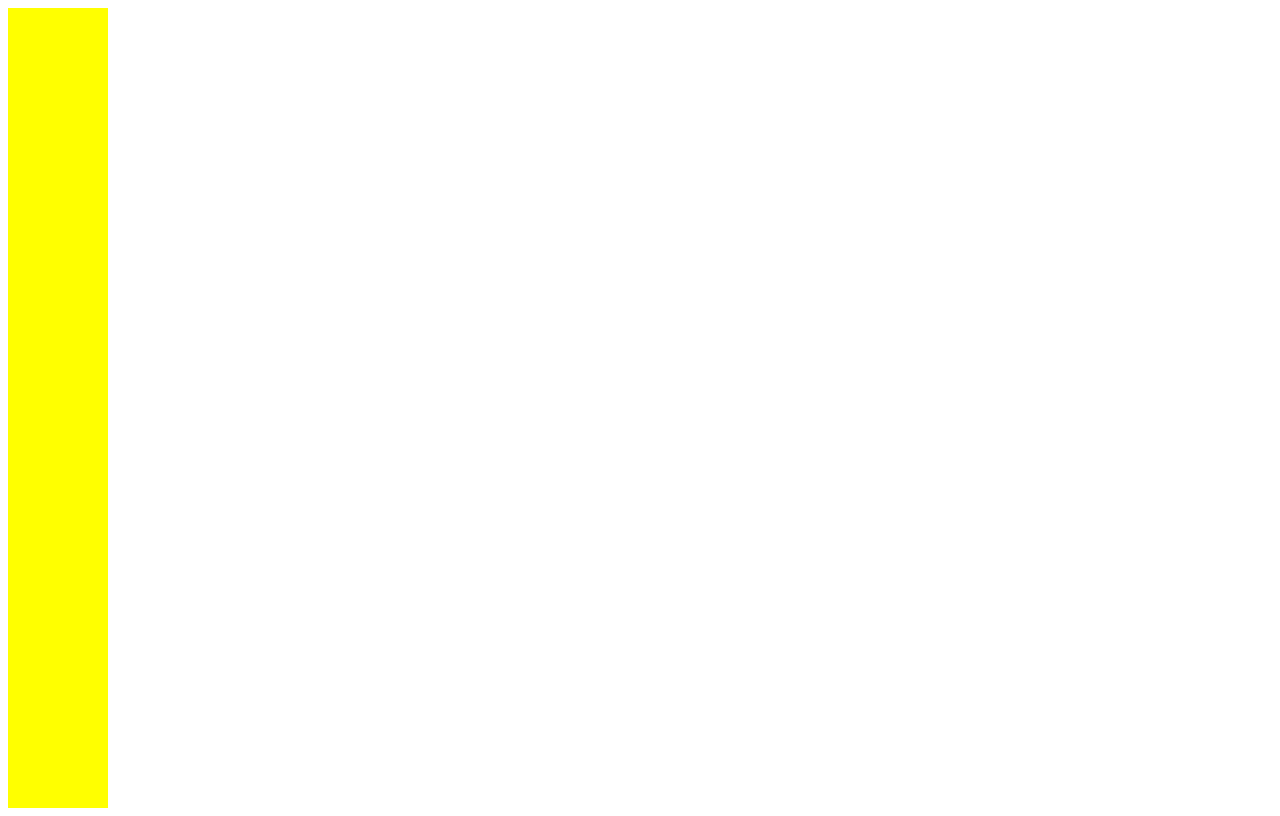
Repository: Shinhan1/shinhan
Page: http://localhost/web_goott/w20200324/w20200324_Test2.jsp
These files come from the project's save history. The page is drawn as it stood at one moment and after the next save; the edit follows.
The browser window is 1280 px wide. The pictures show the whole page.
The page is served by Tomcat 9.

Above is the page before, as saved 2020-03-24 08:12:28.

### web_goott/WebContent/w20200324/w20200324_Test2.jsp
<%@ page language="java" contentType="text/html; charset=UTF-8"
    pageEncoding="UTF-8"%>
<!DOCTYPE html>
<html>
<head>
<meta charset="UTF-8">
<title>Test2</title>
<style type="text/css">
	div{
		width: 100px;
		height: 100px;
		background-color: YELLOW;

	}
</style>
</head>
<body>
	<div></div>
	<div></div>
	<div></div>
	<div></div>
	<div></div>
	<div></div>
	<div></div>
	<div></div>

</body>
</html>

After the next save:
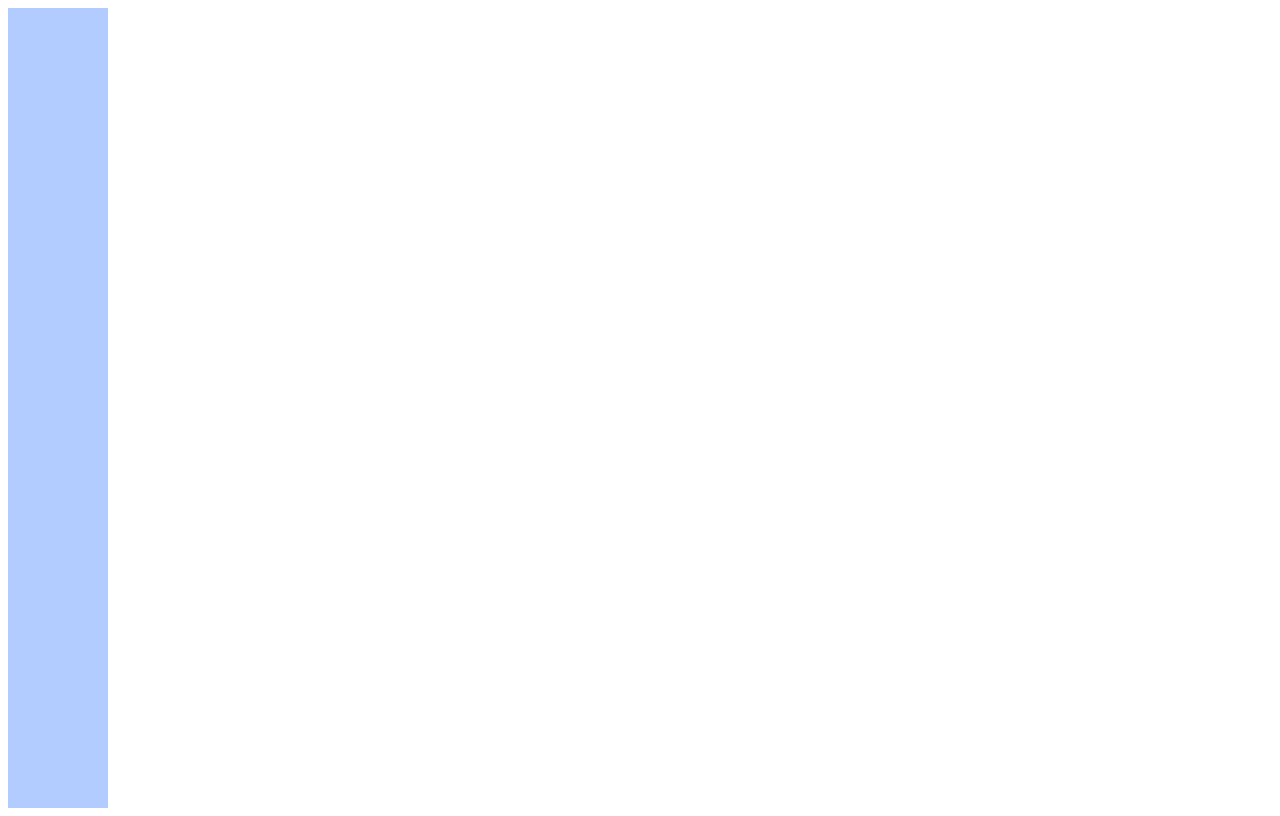
Saved 12 s later.
--- a/web_goott/WebContent/w20200324/w20200324_Test2.jsp
+++ b/web_goott/WebContent/w20200324/w20200324_Test2.jsp
@@ -9,7 +9,7 @@
 	div{
 		width: 100px;
 		height: 100px;
-		background-color: YELLOW;
+		background-color: #B2CCFF;
 
 	}
 </style>
